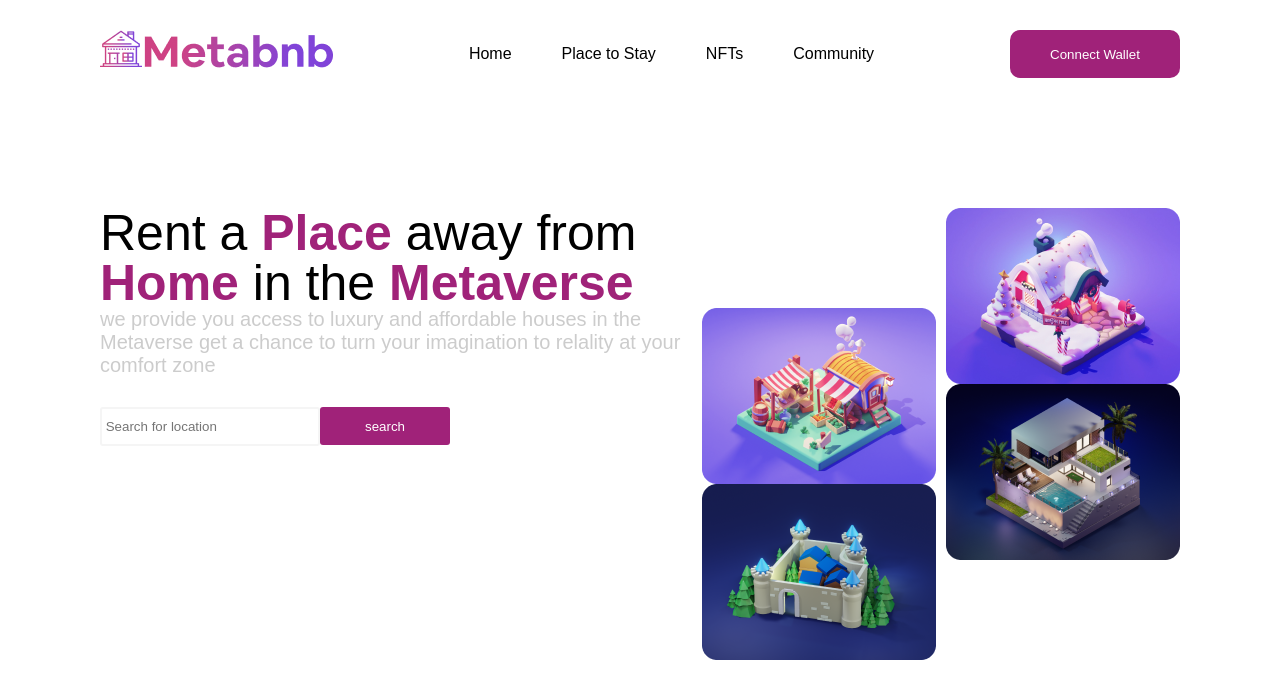
Repository: trenzyfx1/Metabnb
Page: index.html
These files come from the project's save history. The page is drawn as it stood at one moment and after the next save; the edit follows.
The browser window is 1280 px wide. The pictures show the whole page.
An inner scrolling area shows only its first screen.

Above is the page before, as saved 2025-05-12 14:58:23.

After the next save:
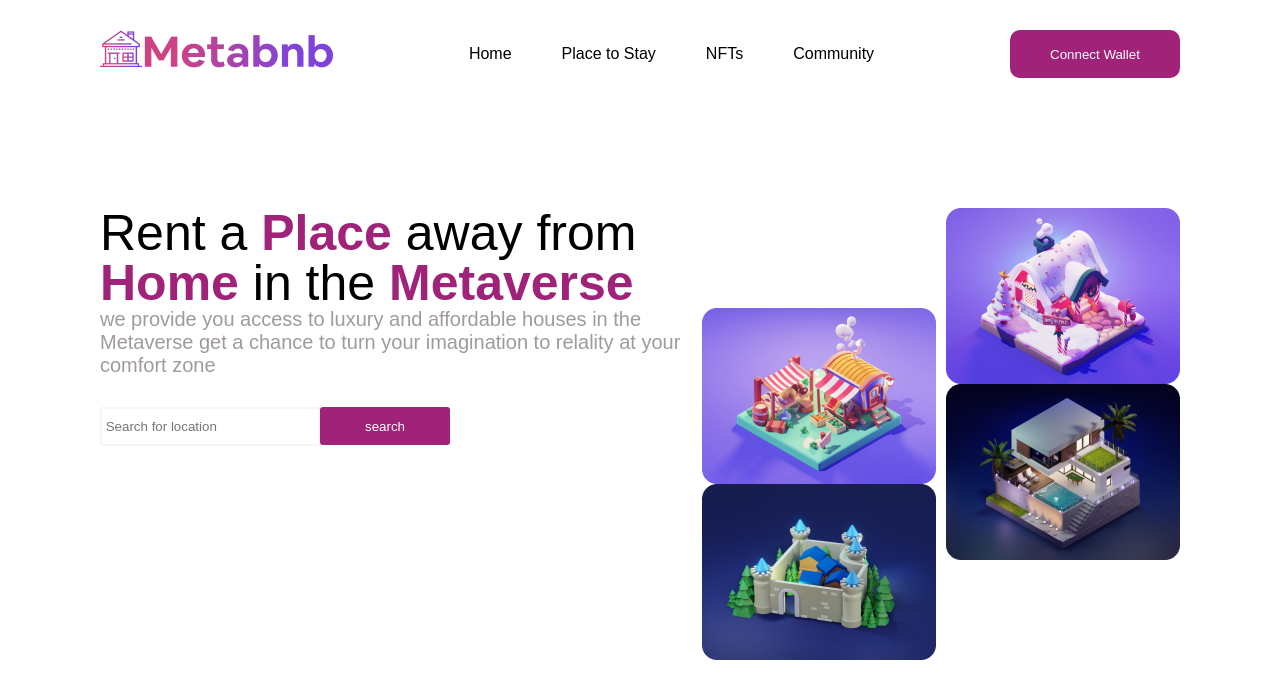
Saved 14 s later.
--- a/style.css
+++ b/style.css
@@ -110,7 +110,7 @@
 
 .intro-section .body p {
     font-size: 20px;
-    color: #ccc;
+    color: #a09a9a;
 
 }
 
